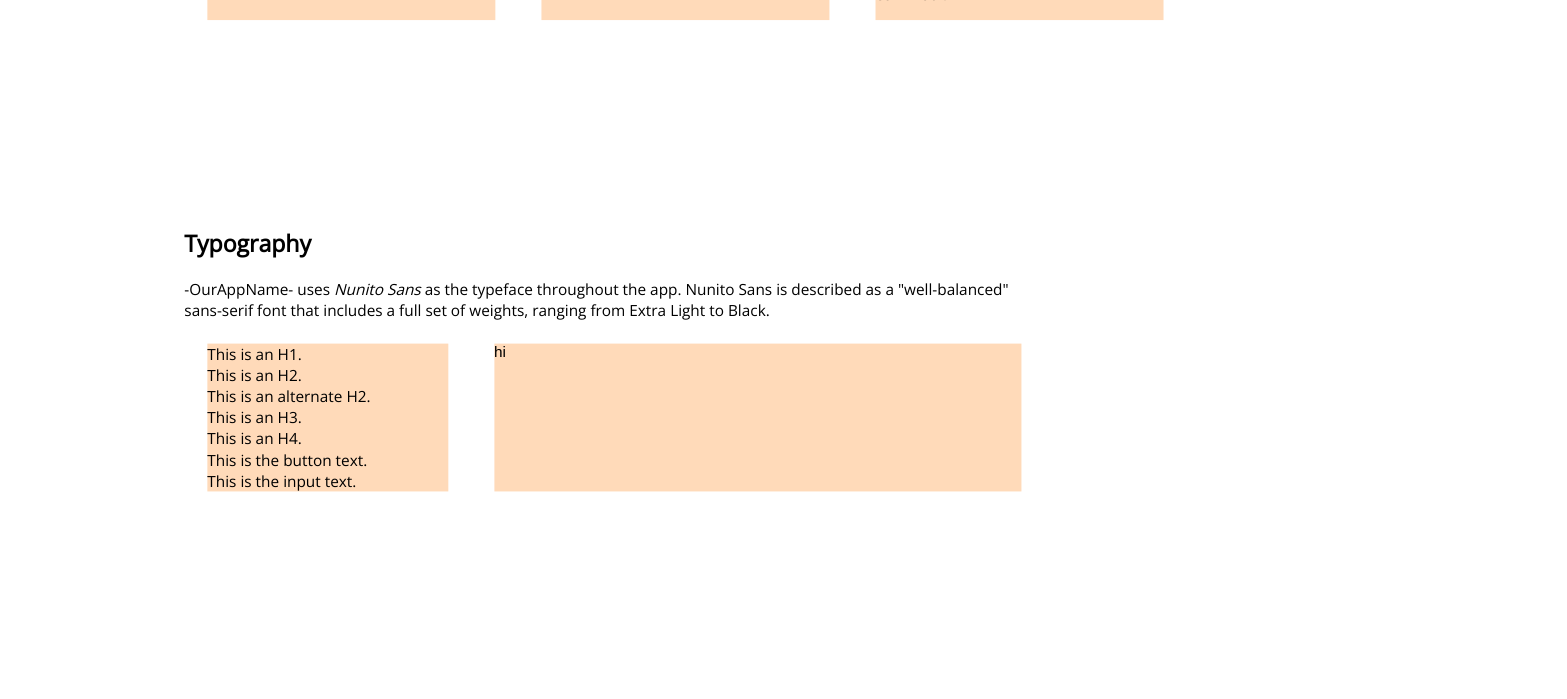
Repository: seohyun9672/Timearth-A6Styleguide
Page: page2.html
The author's editor kept a copy of each file at every save. The page is drawn from the files as they stood at one save, then again after the next save.
The browser window is 1280 px wide. The page is 1632 px wide, so the pictures cover 1632 px, including what lies to the right of the window. The pictures show the part of the page from y = 1602 to 2330 px (the page is 2330 px tall before and 2264 px after), at 96% of full size.

Above is the page before, as saved 2022-03-19 17:17:01.

### page2.html
<!DOCTYPE html>
<html lang="en">
  <head>
    <meta charset="UTF-8" />
    <meta http-equiv="X-UA-Compatible" content="IE=edge" />
    <meta name="viewport" content="width=device-width, initial-scale=1.0" />
    <title>Document</title>
    <link rel="stylesheet" href="stylesheet.css" />
  </head>

  <body>
    <ul class="navbar">
      <li><a href="/page1.html">App Name</a></li>
      <div class="navbar-active">
        <li><a href="/page1.html">Logo</a></li>
        <li><a href="/page2.html">Colour & Typography</a></li>
        <li><a href="/page3.html">Imagery & Graphics</a></li>
        <li><a href="/ref.html">Reference</a></li>
      </div>
    </ul>
    <section class="color-palette page2">
      <h1>Color Palette</h1>
      <img class="palette" src="https://placekitten.com/1440/100" />
      <div>
        <h2>Description of colour palette</h2>
        <p>
          Lorem ipsum dolor sit amet, consectetur adipisicing elit. Culpa neque
          mollitia quae asperiores ad odit vitae iste minima totam harum
          distinctio qui beatae ea ut et adipisci, excepturi at iusto
          reprehenderit reiciendis fugit fuga nisi. Eligendi ut magni adipisci
          nulla architecto reprehenderit? Nemo eos accusamus optio nobis
          distinctio veritatis eius.
        </p>
      </div>
      <div></div>
      <div class="col-2">
        <div class="col">
          <img src="https://placekitten.com/200/600" />
        </div>
        <div class="col">hi</div>
      </div>
      <div class="row col-3">
        <div class="col">
          <img src="https://placekitten.com/300/200" />
          <p>
            Lorem ipsum dolor sit amet consectetur adipisicing elit. Fugit
            architecto laborum quam, unde laboriosam delectus aut facere rem
            magnam eum repellendus accusantium? Ipsum, quas iusto.
          </p>
        </div>
        <div class="col">
          <img src="https://placekitten.com/300/200" />
          <p>
            Lorem ipsum dolor sit amet, consectetur adipisicing elit. Eveniet
            laborum quisquam excepturi officiis obcaecati? Voluptatibus dolores
            laborum cupiditate quia illum explicabo quae nam dicta provident!
          </p>
        </div>
        <div class="col">
          <img src="https://placekitten.com/300/200" />
          <p>
            Lorem ipsum dolor sit amet consectetur adipisicing elit. Nemo
            consectetur veniam reprehenderit dolorem necessitatibus, repellat,
            perferendis quaerat suscipit magni alias in consequuntur nam
            repellendus commodi.
          </p>
        </div>
      </div>
    </section>
    <section class="typo page2">
      <h1>Typography</h1>
      <div>
        -OurAppName- uses <em>Nunito Sans</em> as the typeface throughout the
        app. Nunito Sans is described as a "well-balanced" sans-serif font that includes a full set of weights, ranging from Extra Light to Black.
      </div>
      <div class="col-2">
        <div class="col">
            This is an H1. <br>

            This is an H2. <br>

            This is an alternate H2. <br>

            This is an H3. <br>

            This is an H4. <br>

            This is the button text. <br>

            This is the input text.
        </div>
        <div class="col nunito">hi</div>
      </div>
    </section>
  </body>
</html>

### stylesheet.css
@import url('https://fonts.googleapis.com/css2?family=Nunito+Sans&family=Open+Sans&display=swap');

body{
    margin: 0;
    font-family: 'open sans', san-serif;
  }

/* NAVBAR */

ul {
  list-style-type: none;
  margin: 0;
  padding: 0;
  overflow: hidden;
  background-color: #333;
}

li {
  float: left;
}

li a {
  display: block;
  color: white;
  text-align: center;
  padding: 14px 16px;
  text-decoration: none;
}

li a:hover {
  background-color: #111;
}

.navbar-active{
    float: right;
}

/* LOGO */

.section-logo {
    display: flex;
    flex-direction: column;
    justify-content: flex-start;
    align-items: center;
}

.logo-description {
    display: flex;
}
.logo-variation {
    display: flex;
    justify-content: space-evenly;
}

.logo-colourpalette {
    display: flex;
    width: 100%;
    justify-content: space-between;
}

.section-cont {
    width: 940px;
}
.colour-cont {
    display: flex;
    flex-direction: column;
}
.colour-name {
    font-weight: bold;
}

.logo-typography {
    display: flex;
}

.logo-usage {
    display: flex;
    flex-direction: column;
}

.logo-usage-desc {
    display: flex;
}

.section-cont colour {
    display: flex;
}

/* page 2 */
.page2 {
    margin:12em;
}
.col-3 {
    display:grid;
    grid-template-columns: 1fr 1fr 1fr;
}
.col-2 {
    display:grid;
    grid-template-columns: 1fr 2fr;
}
.col {
    background-color:peachpuff;
    margin:1.5em;
}
.nunito {
    font-family: nunito, Arial, Helvetica, sans-serif;
}

After the next save:
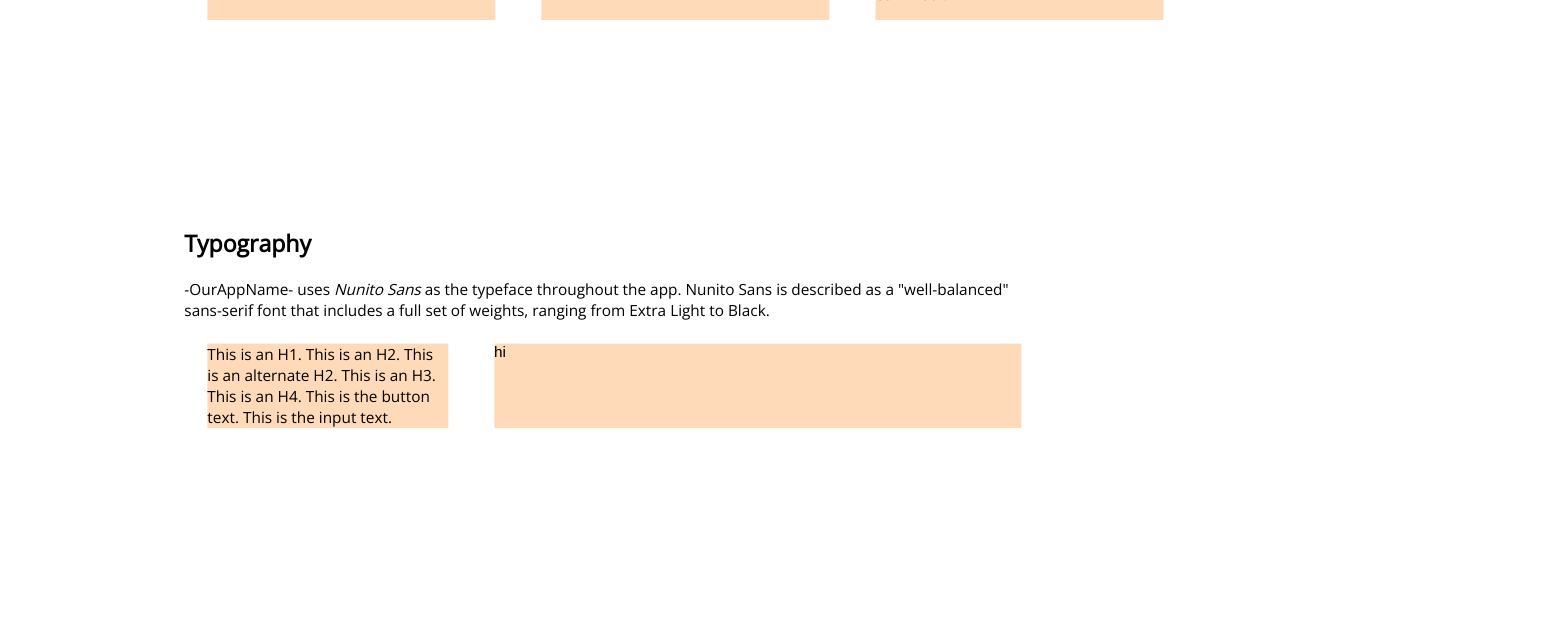
Saved 88 s later.
--- a/page2.html
+++ b/page2.html
@@ -75,19 +75,19 @@
       </div>
       <div class="col-2">
         <div class="col">
-            This is an H1. <br>
+            <span>This is an H1.</span>
 
-            This is an H2. <br>
+            <span>This is an H2.</span>
 
-            This is an alternate H2. <br>
+            <span>This is an alternate H2.</span>
 
-            This is an H3. <br>
+            <span>This is an H3.</span>
 
-            This is an H4. <br>
+            <span>This is an H4.</span>
 
-            This is the button text. <br>
+            <span>This is the button text.</span>
 
-            This is the input text.
+            <span>This is the input text.</span>
         </div>
         <div class="col nunito">hi</div>
       </div>

After the save that followed:
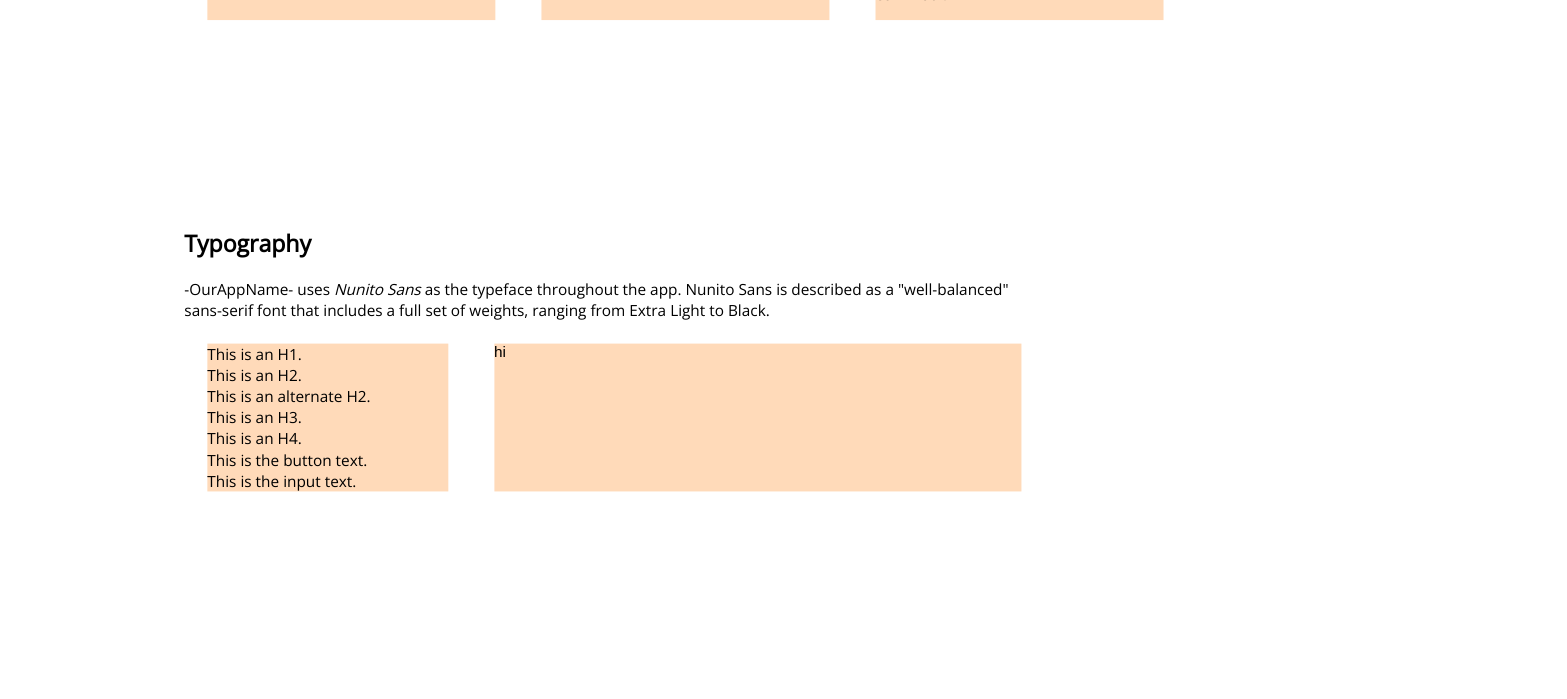
Saved 15 s later.
--- a/page2.html
+++ b/page2.html
@@ -75,19 +75,19 @@
       </div>
       <div class="col-2">
         <div class="col">
-            <span>This is an H1.</span>
+            <div>This is an H1.</div>
 
-            <span>This is an H2.</span>
+            <div>This is an H2.</div>
 
-            <span>This is an alternate H2.</span>
+            <div>This is an alternate H2.</div>
 
-            <span>This is an H3.</span>
+            <div>This is an H3.</div>
 
-            <span>This is an H4.</span>
+            <div>This is an H4.</div>
 
-            <span>This is the button text.</span>
+            <div>This is the button text.</div>
 
-            <span>This is the input text.</span>
+            <div>This is the input text.</div>
         </div>
         <div class="col nunito">hi</div>
       </div>
